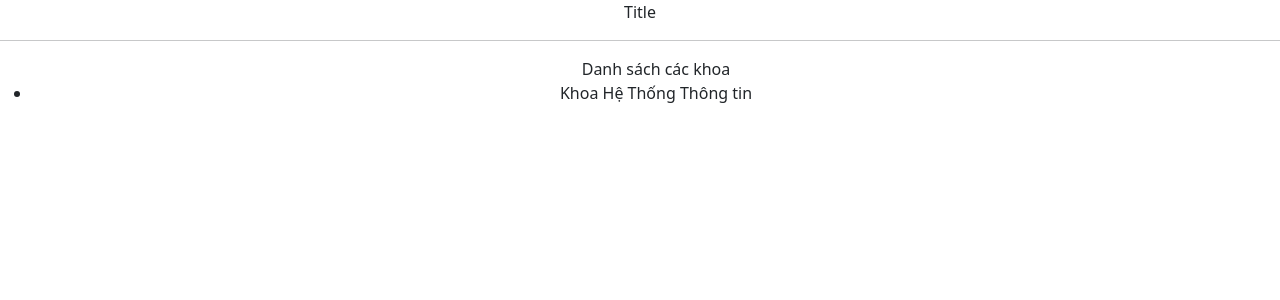
Repository: hoapham2k2/bai_tap_thuc_hanh_is207.n12
Page: index.html
An editor plug-in stored every save of this project. The page is shown before and after the next save, followed by the edit.
The browser window is 1280 px wide. The pictures show the whole page.

Above is the page before, as saved 2022-09-19 08:45:02.

After the next save:
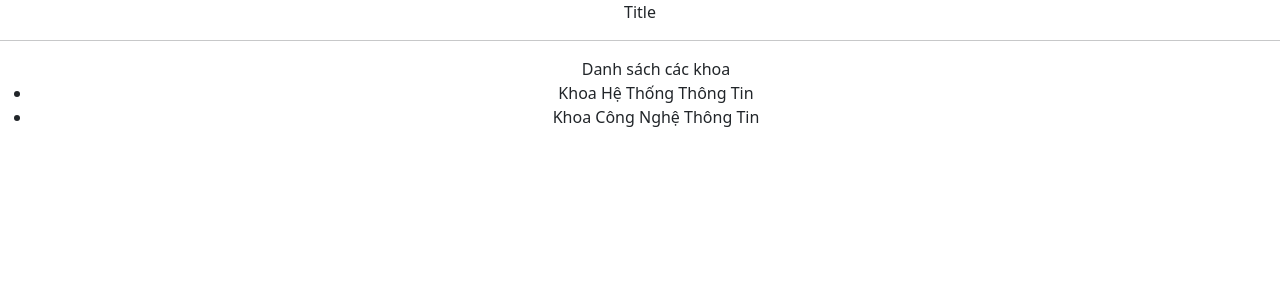
Saved 6 s later.
--- a/index.html
+++ b/index.html
@@ -68,7 +68,9 @@
         <hr>
         <div class="wrapper_body">
             <ul class="wrapper_list_1st">Danh sách các khoa
-                <li class="wrapper_item">Khoa Hệ Thống Thông tin</li>
+                <li class="wrapper_item">Khoa Hệ Thống Thông Tin</li>
+                <li class="wrapper_item">Khoa Công Nghệ Thông Tin</li>
+
             </ul>
         </div>
 </body>
